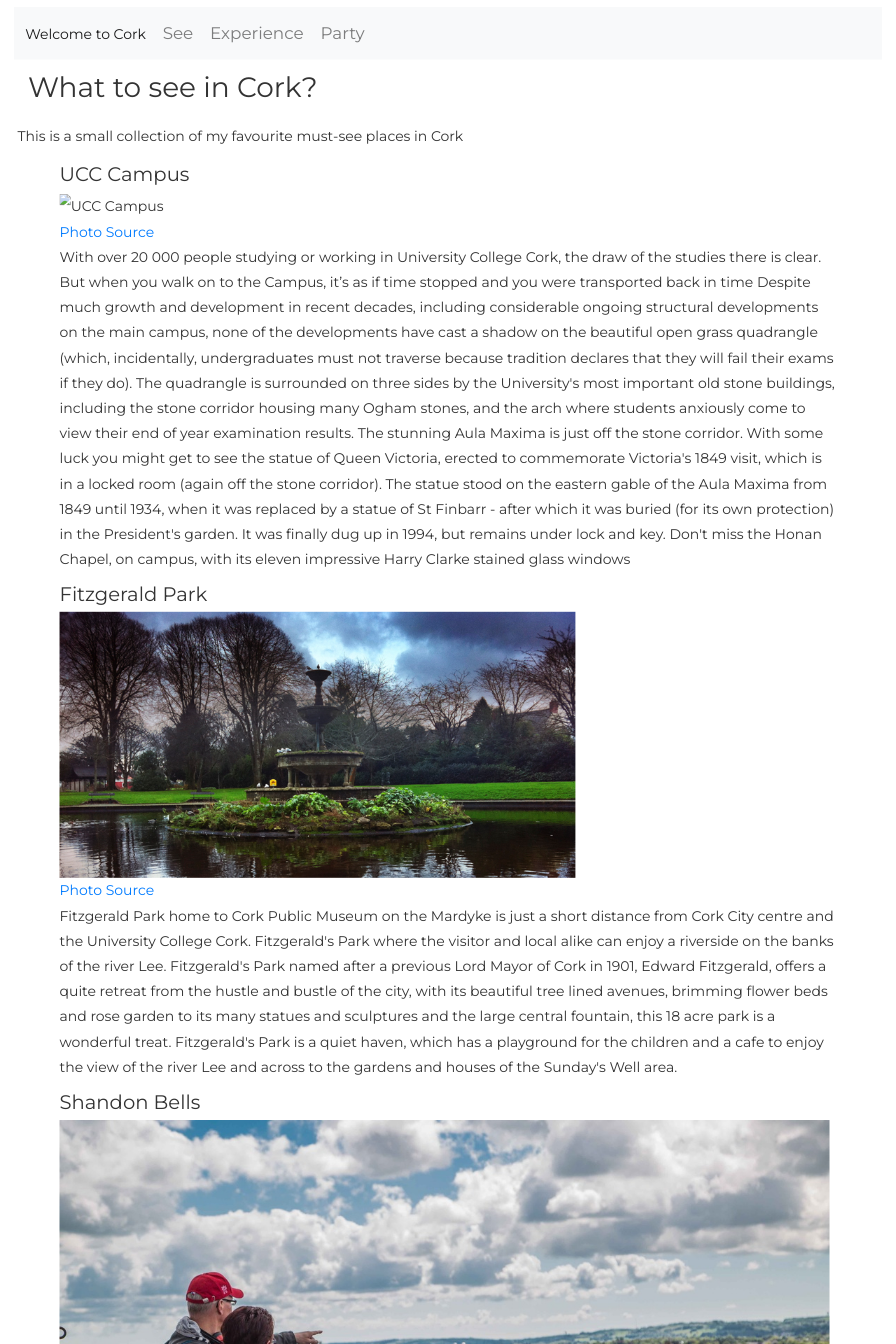
Repository: Maja-Jer/Welcome-to-Cork
Page: see.html
The author's editor kept a record of every edit. The page is drawn from the files as they stood at one moment, then again after the next edit.
The browser window is 1280 px wide. The pictures show the part of the page from y = 0 to 1920 px (the page is 3847 px tall before and 4371 px after), at 70% of full size.
Some web libraries are served in a nearby version.

Above is the page before.
Console error: TypeError: Cannot read properties of undefined (reading 'fn')

After the next edit:
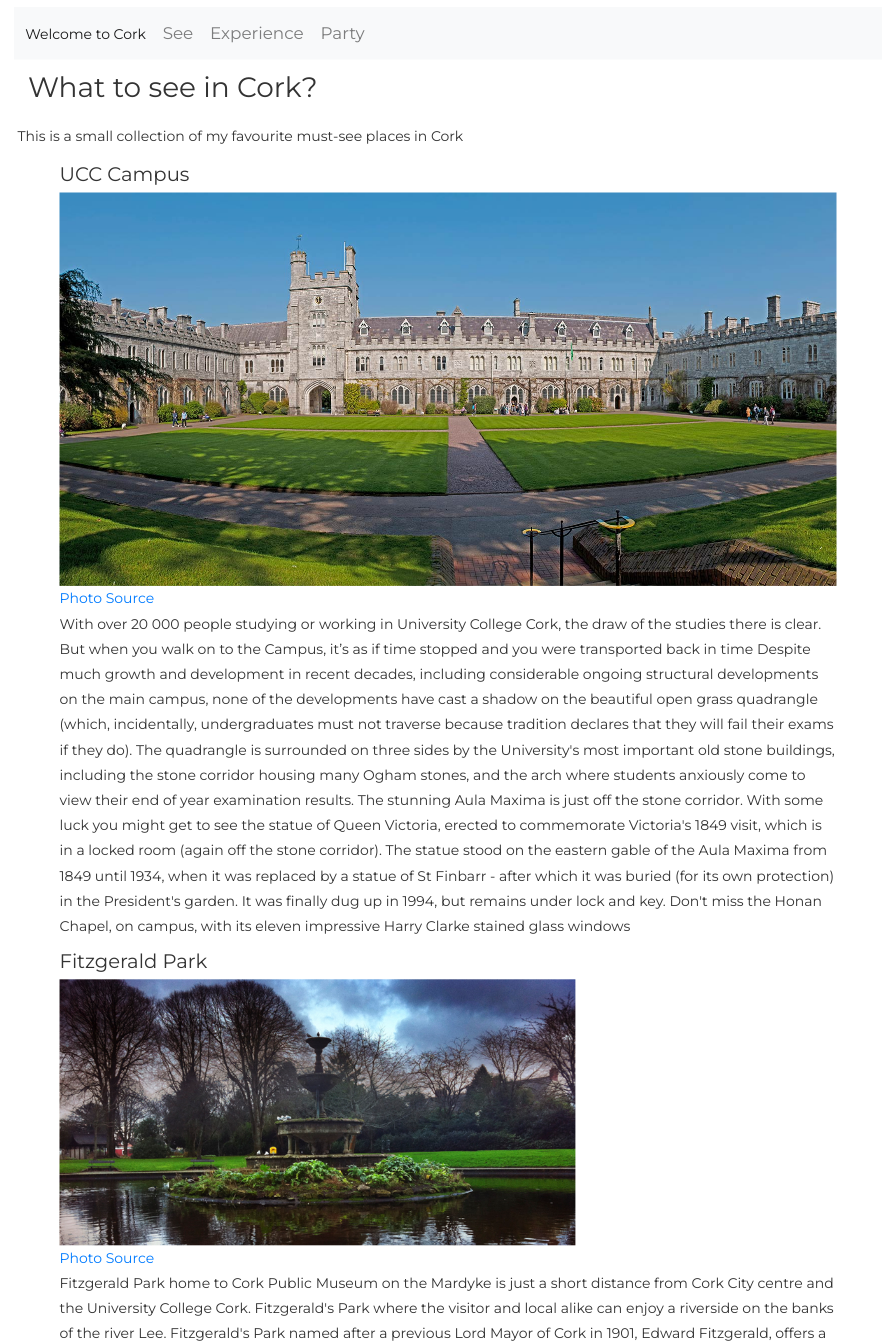
The edit:
--- a/see.html
+++ b/see.html
@@ -53,7 +53,7 @@
             </div>
 
 
-        <img class= "img-fluid src="./assets/photos/ucc-campus.jpg " alt="UCC Campus ">
+        <img class= "img-fluid" src= "./assets/photos/ucc-campus.jpg " alt="UCC Campus">
         <br>
         <h7><a href="https://www.irishexaminer.com/breakingnews/ireland/ucc-isssues-1500-booklets-to-promote-good-relations-between-students-and-local-residents-949665.html ">Photo Source</a></h7>
     </div>
